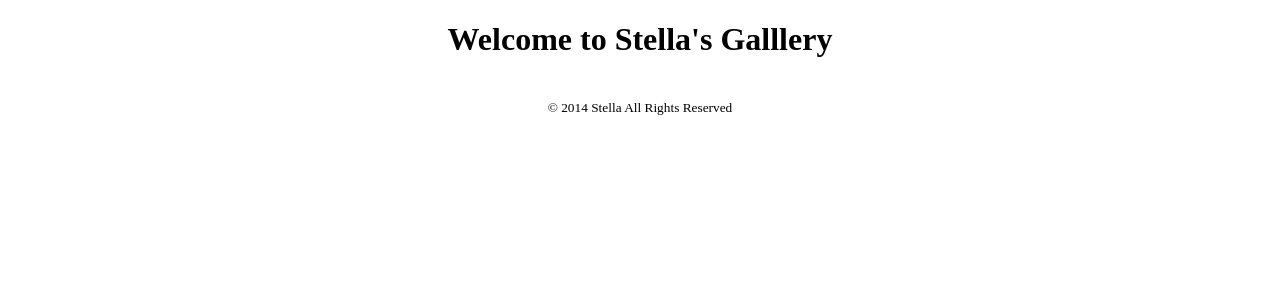
Repository: simj959/simj959.github.io
Page: index.html
The author's editor kept a record of every edit. The page is drawn from the files as they stood at one moment, then again after the next edit.
The browser window is 1280 px wide. The pictures show the whole page.

Above is the page before.

### index.html

<!DOCTYPE html>
<html>
	<head>
		<title>Stella's Gallery</title>
</head>
	<body>
<center>
<h1>Welcome to Stella's Galllery</h1><br></h1>


<small> &copy; 2014 Stella All Rights Reserved </small>
	</body>
</html>

After the next edit:
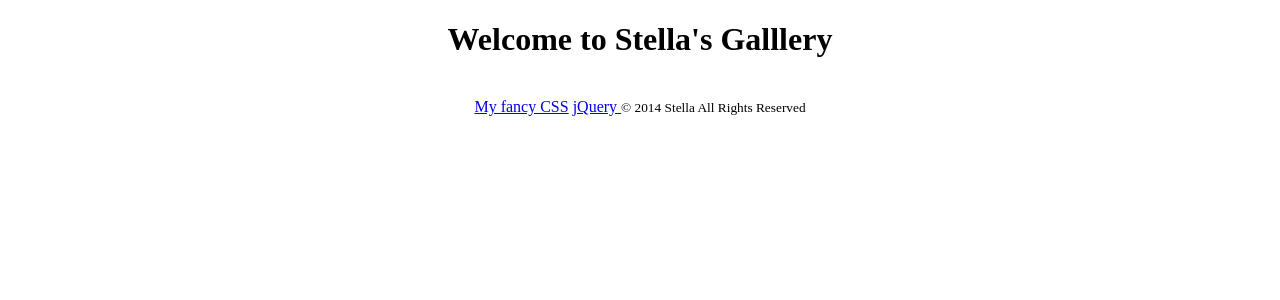
The edit:
--- a/index.html
+++ b/index.html
@@ -9,6 +9,8 @@
 <h1>Welcome to Stella's Galllery</h1><br></h1>
 
 
+	<a href="css_composition/page1.html">My fancy CSS</a>
+	<a href="jQuery/index.html">jQuery </a>
 <small> &copy; 2014 Stella All Rights Reserved </small>
 	</body>
 </html>
